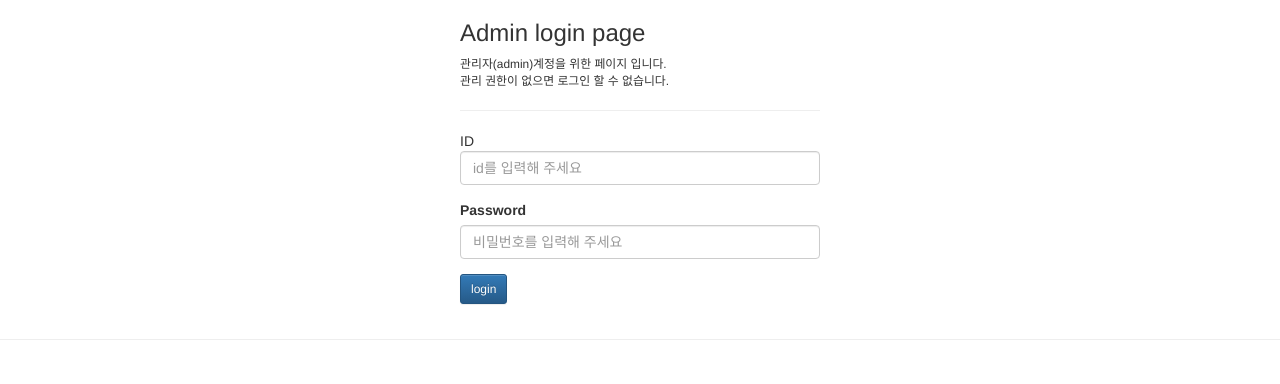
Repository: LouisKisaragi/BB-Bank
Page: http://localhost/adminpage/adminlogin.jsp
An editor plug-in stored every save of this project. The page is shown before and after the next save, followed by the edit.
The browser window is 1280 px wide. The pictures show the whole page.
The page is served by Tomcat 9. Other server files are loaded and not shown.

Above is the page before, as saved 2017-11-16 05:54:08.
Console error (its wording comes from the project's code and is left out).

### adminpage/adminpage/WebContent/adminlogin.jsp
<%@ page language="java" contentType="text/html; charset=UTF-8"
    pageEncoding="UTF-8"%>
<%
	String message = null;
	if(request.getAttribute("message") != null) message = (String) request.getAttribute("message");
%>
<!DOCTYPE html PUBLIC "-//W3C//DTD HTML 4.01 Transitional//EN" "http://www.w3.org/TR/html4/loose.dtd">
	<html>
	<head>

	    <!-- 부트스트랩 적용-->
		<meta http-equiv="Content-Type" content="text/html; charset=UTF-8">
		<title>ADMIN Login</title>
		<!-- Latest compiled and minified CSS -->
		<link rel="stylesheet" href="https://maxcdn.bootstrapcdn.com/bootstrap/3.3.7/css/bootstrap.min.css" integrity="sha384-BVYiiSIFeK1dGmJRAkycuHAHRg32OmUcww7on3RYdg4Va+PmSTsz/K68vbdEjh4u" crossorigin="anonymous">

		<!-- Optional theme -->
		<link rel="stylesheet" href="https://maxcdn.bootstrapcdn.com/bootstrap/3.3.7/css/bootstrap-theme.min.css" integrity="sha384-rHyoN1iRsVXV4nD0JutlnGaslCJuC7uwjduW9SVrLvRYooPp2bWYgmgJQIXwl/Sp" crossorigin="anonymous">

		<!-- Latest compiled and minified JavaScript -->
		<script src="https://maxcdn.bootstrapcdn.com/bootstrap/3.3.7/js/bootstrap.min.js" integrity="sha384-Tc5IQib027qvyjSMfHjOMaLkfuWVxZxUPnCJA7l2mCWNIpG9mGCD8wGNIcPD7Txa" crossorigin="anonymous"></script>

	</head>
	<body>
		<div class="container">
			<div class="row">
				<div class="col-md-offset-4 col-sm-6 col-md-4 col-xs-12">
				<h3>Admin login page</h3>
				<p><small>관리자(admin)계정을 위한 페이지 입니다.<br/>관리 권한이 없으면 로그인 할 수 없습니다.
				</small></p><hr/>
				<font action="" method="post">
				<!-- 아이디 입력 -->
				<div class ="form-group">
					<lable class="control-label">ID</lable>
					<input class="form-control" type="text" name="id" placeholder ="id를 입력해 주세요"/>
				</div>
				<div class="form-group">
					<label class="control-label">Password</label>
					<input class="form-control" type="password" name="pass" placeholder="비밀번호를 입력해 주세요" />
				</div>
				<div class="form-group">
					<input type="submit" value="login" class="btn btn-sm btn-primary" />
				</div>
				</font>

				</div>
			</div>
			</div>
			<hr />
			<%
			 if(message != null) out.print(message);
			%>

</body>
</html>

After the next save:
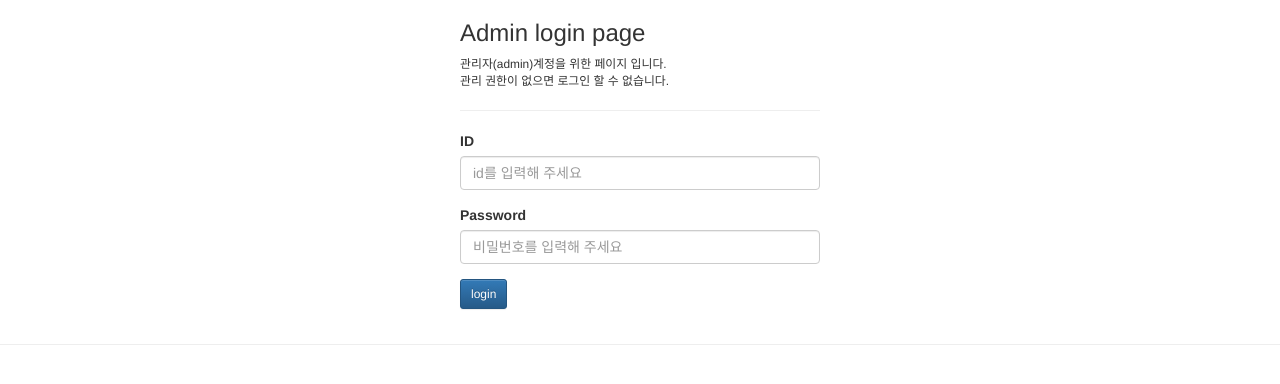
Saved 48 s later.
--- a/adminpage/adminpage/WebContent/adminlogin.jsp
+++ b/adminpage/adminpage/WebContent/adminlogin.jsp
@@ -31,7 +31,7 @@
 				<font action="" method="post">
 				<!-- 아이디 입력 -->
 				<div class ="form-group">
-					<lable class="control-label">ID</lable>
+					<label class="control-label">ID</label>
 					<input class="form-control" type="text" name="id" placeholder ="id를 입력해 주세요"/>
 				</div>
 				<div class="form-group">
